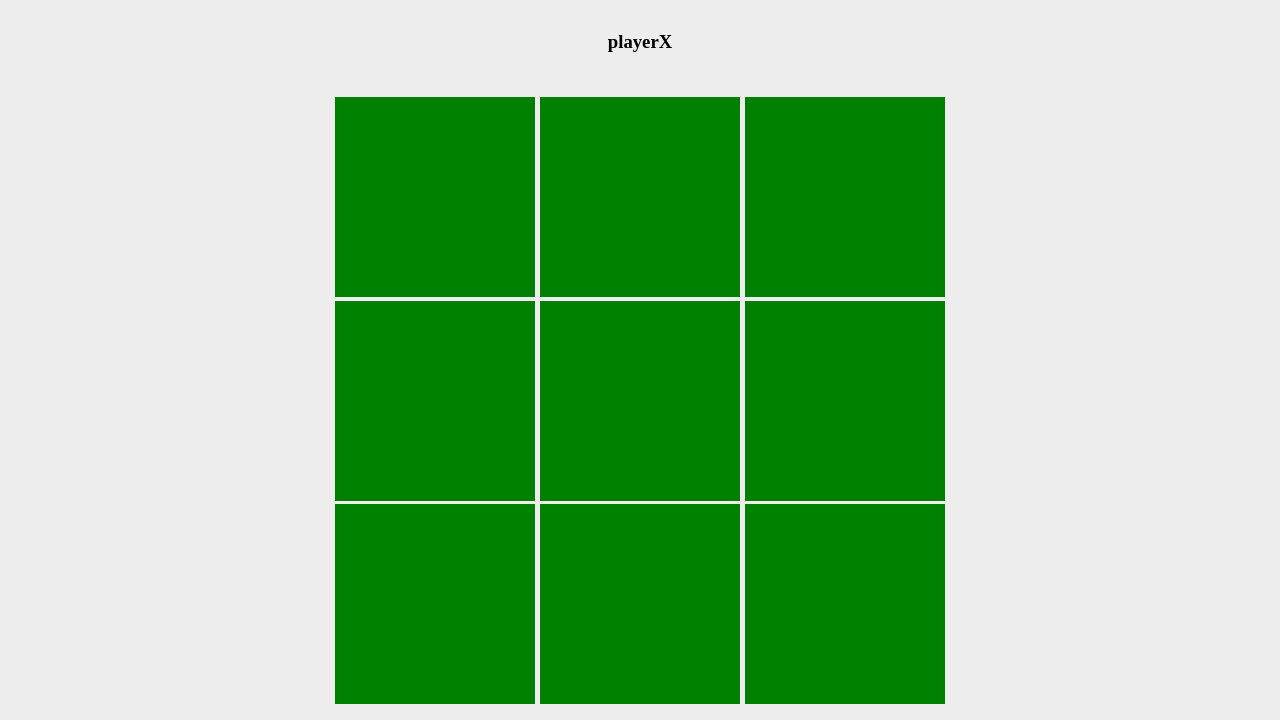
Repository: Hcmwebs/jsInbuiltMethod
Page: tic-tac-toe/index.html
These files come from the project's save history. The page is drawn as it stood at one moment and after the next save; the edit follows.
The browser window is 1280 px wide. The pictures show the whole page.

Above is the page before, as saved 2020-11-20 16:47:01.

After the next save:
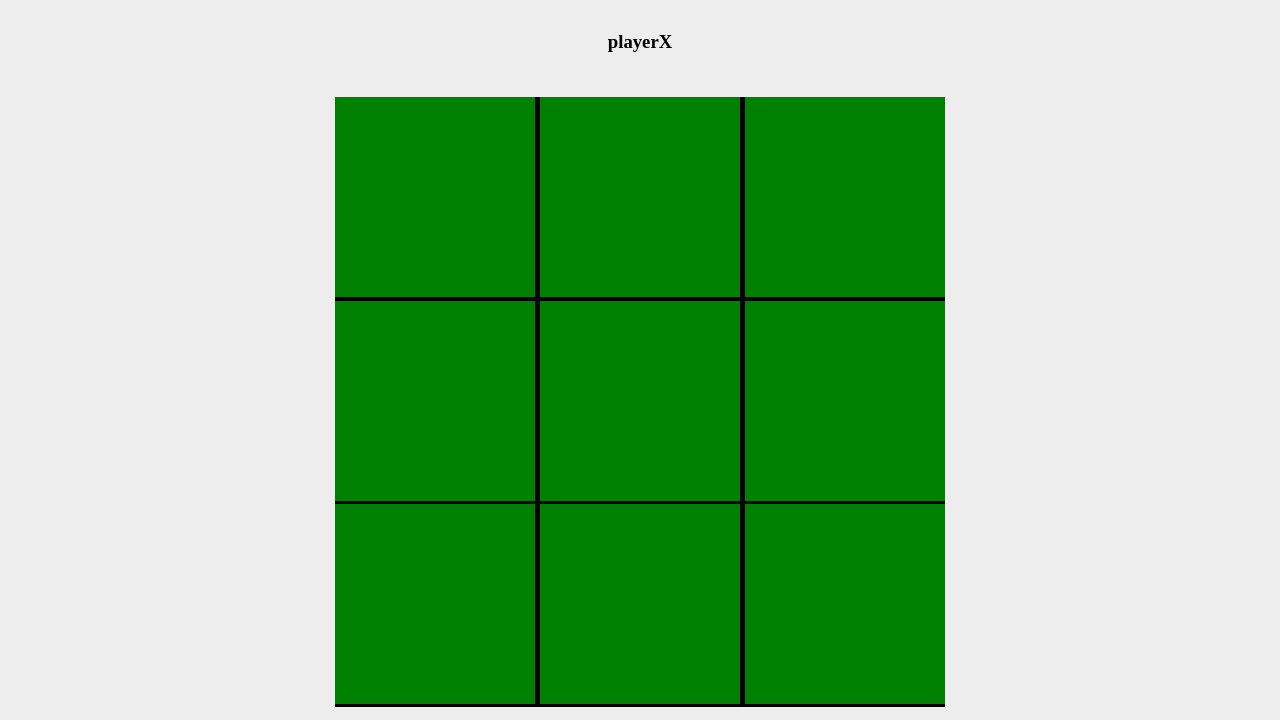
Saved 32 s later.
--- a/tic-tac-toe/style.css
+++ b/tic-tac-toe/style.css
@@ -17,6 +17,7 @@ body{
   display: flex;
   justify-content: space-between;
   flex-wrap: wrap;
+  background-color: #000;
 }
 
 
